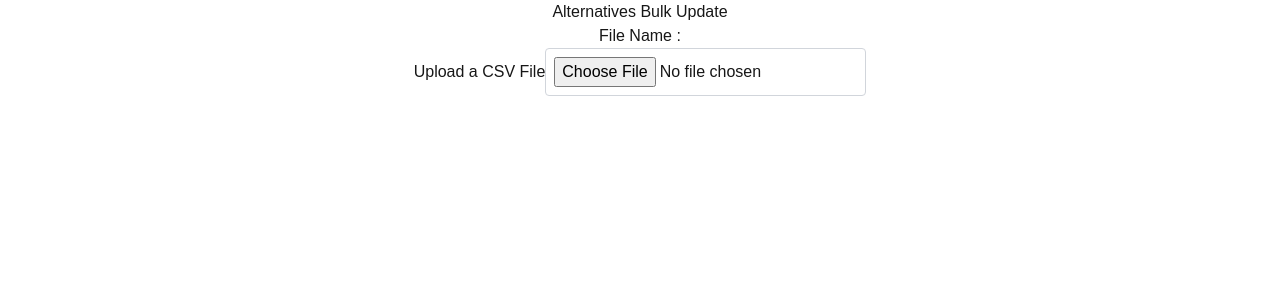
Repository: Ganesh-General-Traffic/Alternatives
Page: / (app in alternatives-bulk/)
These files come from the project's save history. The page is drawn as it stood at one moment and after the next save; the edit follows.
The browser window is 1280 px wide. The pictures show the whole page.
The project was rebuilt for these pictures with package versions that can differ from the ones it lists, and the page was loaded fresh each time. The framework's server and built-in components were replaced by stand-ins that run in the browser. Also part of the build but not shown: alternatives-bulk/next.config.ts.

Above is the page before, as saved 2024-12-09 11:00:30.

After the next save:
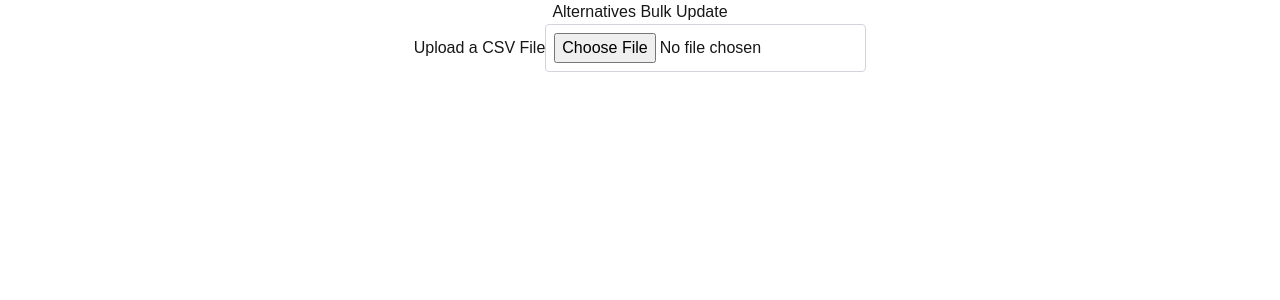
Saved 17 s later.
--- a/alternatives-bulk/app/page.tsx
+++ b/alternatives-bulk/app/page.tsx
@@ -8,7 +8,7 @@ export default function Home() {
   return (
     <>
       <p className="w-full text-center">Alternatives Bulk Update</p>
-      <div className="max-w-max mx-auto">File Name : </div>
+      {fileName !== "" && <div className="max-w-max mx-auto">File Name : </div>}
       <div className="mx-auto max-w-max">
         <label htmlFor="csvFile">
           Upload a CSV File
